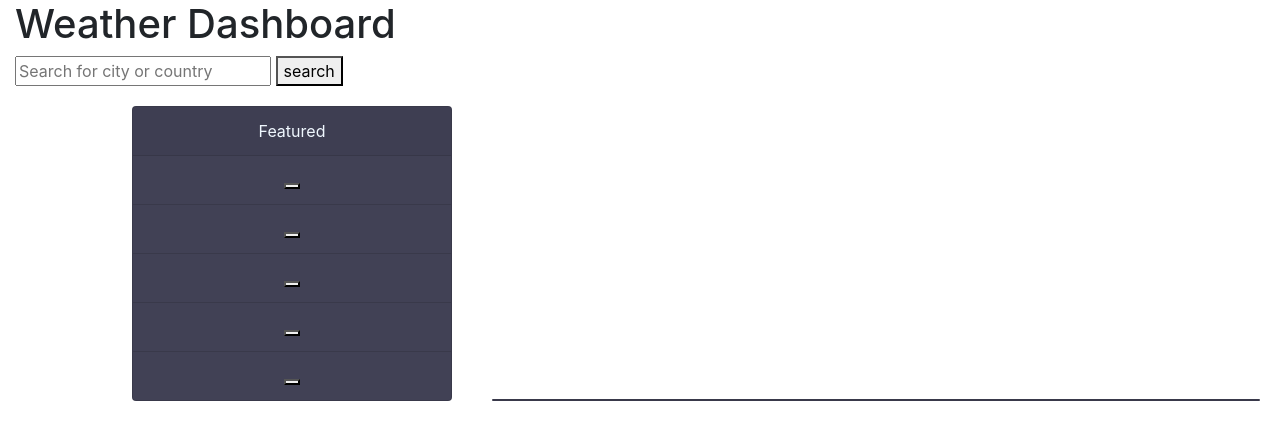
Repository: cobalt88/weather-forecast-app
Page: index.html
These files come from the project's save history. The page is drawn as it stood at one moment and after the next save; the edit follows.
The browser window is 1280 px wide. The pictures show the whole page.
The page's requests for data from a server got no answer. Some web libraries are served in a nearby version.

Above is the page before, as saved 2022-05-23 08:06:14.

### index.html
<!DOCTYPE html>
<html lang="en">
  <head>
    <meta charset="UTF-8" />
    <meta http-equiv="X-UA-Compatible" content="IE=edge" />
    <meta name="viewport" content="width=device-width, initial-scale=1.0" />
    <link
      rel="stylesheet"
      href="https://stackpath.bootstrapcdn.com/bootstrap/4.3.1/css/bootstrap.min.css"
    />
    <link
      rel="stylesheet"
      href="https://use.fontawesome.com/releases/v5.8.1/css/all.css"
      integrity="sha384-50oBUHEmvpQ+1lW4y57PTFmhCaXp0ML5d60M1M7uH2+nqUivzIebhndOJK28anvf"
      crossorigin="anonymous"
    />
    <link
      href="https://fonts.googleapis.com/css?family=Open+Sans&display=swap"
      rel="stylesheet"
    />

    <link href="./assets/style.css" rel="stylesheet" />
    <title>Weather</title>
  </head>

  <body>
    <header>
      <h1 class="center col-12">Weather Dashboard</h1>
    </header>
    <div class="col-xl-4 col-lg-4 col-md-4 col-sm-4 col-4">
      <input
        type="text"
        id="searchInput"
        placeholder="Search for city or country"
      />
      <button type="button" id="search-button">search</button>
    </div>
    <div class="cardContainer">
        <div  id="history" class="card history-card">
          <div class="card-header">
            Featured
          </div>
            <ul class="list-group list-group-flush">
              <li class="list-group-item"><button type="button" class="list-button" id="city-one"> </button></li>
              <li class="list-group-item"><button type="button" class="list-button" id="city-two"> </button></li>
              <li class="list-group-item"><button type="button" class="list-button" id="city-three"> </button></li>
              <li class="list-group-item"><button type="button" class="list-button" id="city-four"> </button></li>
              <li class="list-group-item"><button type="button" class="list-button" id="city-five"> </button></li>
          </ul>
        </div>
        <div class="card" id="today">
      </div>
    </div>
    <div id="5-day-container" class="cardContainer">
    </div>
    <script src="https://code.jquery.com/jquery-3.4.1.min.js"></script>
    <script src="https://cdnjs.cloudflare.com/ajax/libs/moment.js/2.20.1/moment.min.js"></script>
    <script src="./assets/logic_2.js"></script>
  </body>
</html>

### assets/style.css
.card {
  display: flex;
  background-color: rgb(65, 65, 85);
  color: aliceblue;
  margin: 20px;
}

.history-card {
  display: flex;
  justify-content: flex-start;
  width: 25%;
  text-align: center;
}

.list-group-item {
  background-color: rgb(65, 65, 85);
}

#today {
  display: flex;
  width: 60%;
  max-height: 500px;
  align-self: flex-end;
}

img {
  max-height: 100px;
  max-width: 100px;
}

.cardContainer {
  display: flex;
  flex-direction: row;
  justify-content: flex-end;
  flex-wrap: wrap;
}

.cityList {
  display: flex;
  flex-direction: row;
  width: 25%;
  max-width: 500px;
}

.uvMin{
  color: green;
}

.uvModerate {
  color: rgb(254, 254, 68);
}

.uvHigh {
  color: orange;
}

.uvSevere {
  color: red;
}

.uvExtreme {
  color: violet
}

### assets/logic_2.js

const apiKey = '486a30fe2a4040f404391459060015ad';
var displayArr = [];
var geoArr = [];
var oneCallDataArr = [];
var searchInput = localStorage.getItem('lastSearch');
var lat = '';
var lon = '';
var forecastContainer = document.getElementById('5-day-container');
var currentDay = document.getElementById('today');
const history = document.getElementById('history');
const historyArr = ['Orlando', 'New York', 'Denver', 'Dallas', 'Anchorage'];

function geoLocate() {
  var requestLocationUrl = `https://api.openweathermap.org/geo/1.0/direct?q=${searchInput}&limit=1&appid=${apiKey}`
  fetch(requestLocationUrl)
  .then(function(response){
    return response.json();
  })
  .then(function(currentLocation) {
    let tempArr = [];
    tempArr.push(currentLocation);
    geoArr = tempArr;
    let lat2 = geoArr[0][0].lat;
    lat = lat2;
    let lon2 = geoArr[0][0].lon;
    lon = lon2;
  })
.then(function(){
    oneCall();
  });
};

function oneCall() {
  let oneCallApi = `https://api.openweathermap.org/data/2.5/onecall?lat=${lat}&lon=${lon}&exclude=minutely&appid=${apiKey}`
  fetch(oneCallApi)
  .then(function(response){
    return response.json();
  })
  .then(function(allData) {
    let tempArr = [];
    tempArr.push(allData)
    oneCallDataArr = tempArr;
    forecastDisplayHandler();
  })
  .then(function(){
    // console.log(oneCallDataArr)
  })
};

  function kelvinToImperial (x) {
    Math.round((x - 273.15) * 1.8 + 32);
  }



const forecastDisplayHandler = async() => {
  forecastContainer.innerHTML = '';
  var now = moment().format('dddd MMMM do YYYY, h:mm a');
  var currentCity = geoArr[0][0].name;
  //note to self, add function to convert current time to unix time with moments and compare to values in this object to get current temp
  let tempKd = oneCallDataArr[0].daily[0].temp.day;
  let tempKmax = oneCallDataArr[0].daily[0].temp.max;
  let tempKmin = oneCallDataArr[0].daily[0].temp.min;
  let tempKe = oneCallDataArr[0].daily[0].temp.eve;

  let tempFd = Math.round((tempKd - 273.15) * 1.8 + 32);
  let tempFmin = Math.round((tempKmin - 273.15) * 1.8 + 32);
  let tempFmax = Math.round((tempKmax - 273.15) * 1.8 + 32);
  let tempFe = Math.round((tempKe - 273.15) * 1.8 + 32);

  let windSpeed = oneCallDataArr[0].daily[0].wind_speed;
  let windGust = oneCallDataArr[0].daily[0].wind_gust;
  let windDir = oneCallDataArr[0].daily[0].wind_deg;
  let humidity = oneCallDataArr[0].daily[0].humidity;
  let uvIndex = oneCallDataArr[0].daily[0].uvi;
  let icon = oneCallDataArr[0].daily[0].weather[0].icon;
  let uvStyle = (uvIndex < 2) ? 'uvMin' : (uvIndex < 5) ? 'uvModerate' : (uvIndex < 7) ? 'uvHigh' : (uvIndex < 10) ? 'uvSevere' : 'uvExtreme';


  let iconSrc = `https://openweathermap.org/img/wn/${icon}@2x.png`

   currentDay.innerHTML =
  `

    <h2 id="city">${currentCity}</h2>
    <h4 id="date">${now}</h4>
    <img src="${iconSrc}" alt="Weather Icon">
    <p id="weather-${i}></p>
    <p id="temp-${i}">Day Temp: ${tempFd}</p>
    <p id="temp-${i}">Evening Temp: ${tempFe}</p>
    <p id="temp-${i}">Max Temp: ${tempFmax}</p>
    <p id="temp-${i}">Min Temp: ${tempFmin}</p>
    <p id="wind-${i}">Average Wind Speed: ${windSpeed}</p>
    <p id="wind-${i}">Wind Gust: ${windGust}</p>
    <p id="humidity-${i}">Relative Humidity: ${humidity}%</p>
    <p id="uv-index${i}" class="${uvStyle}">UV Index: ${uvIndex}</p>
    `;



for (var i = 1; i < 6; i++) {

  let unixTime = oneCallDataArr[0].daily[i].dt;
  let dateString = moment.unix(unixTime).format("MM/DD/YYYY");

  let tempKd = oneCallDataArr[0].daily[i].temp.day;
  let tempKe = oneCallDataArr[0].daily[i].temp.eve;
  let tempKmax = oneCallDataArr[0].daily[i].temp.max;
  let tempKmin = oneCallDataArr[0].daily[i].temp.min;

  let tempFd = Math.round((tempKd - 273.15) * 1.8 + 32);
  // let tempFd = kelvinToImperial(tempKd);
  let tempFe = Math.round((tempKe - 273.15) * 1.8 + 32);
  let tempFmin = Math.round((tempKmin - 273.15) * 1.8 + 32);
  let tempFmax = Math.round((tempKmax - 273.15) * 1.8 + 32);

  let humidity = oneCallDataArr[0].daily[i].humidity;
  let uvIndex = oneCallDataArr[0].daily[i].uvi;
  let icon = oneCallDataArr[0].daily[i].weather[0].icon;
  let uvStyle = (uvIndex < 2) ? 'uvMin' : (uvIndex < 5) ? 'uvModerate' : (uvIndex < 7) ? 'uvHigh' : (uvIndex < 10) ? 'uvSevere' : 'uvExtreme';


  let iconSrc = `https://openweathermap.org/img/wn/${icon}@2x.png`

  forecastContainer.innerHTML +=
      `
      <div id="day ${i}" class="card col-3">
        <h2 id="date" class="card-title">${dateString}</h2>
          <img src="${iconSrc}" class="card-img-top" alt="Weather Icon"/>
            <p id="weather-${i}></p>
            <p id="temp-${i}">Max Temp: ${tempFmin}</p>
            <p id="temp-${i}">Min Temp: ${tempFmax}</p>
            <p id="humidity-${i}">Relative Humidity: ${humidity}%</p>
            <p id="uv-index${i}" class="${uvStyle}">UV Index: ${uvIndex}</p>
      </div>
    `
};
}



const storage = () => {
  storedStuff = localStorage.getItem(city);
  history.push(storedStuff);
}

function displayHistory() {
for(var i = 0; i < searchHistoryArr.length; i++) {

  if (i < 5) {
    var text = searchHistoryArr[i];

    historyContainer.innerHTML +=
      `<li>${text}</li>`
    }
  }
}

$("#search-button").on("click", function () {
  searchInput = $(this).siblings("#searchInput").val();
  localStorage.setItem('city', searchInput);
  geoLocate();
  storage();
});

$(".list-button").on("click", function(){
  let test = $(this)
  console.log(test);
});



$(document).ready(function(){

  $('#city-one').text = `${historyArr[0]}`;
  $('#city-two').text = `${historyArr[1]}`;
  $('#city-three').text = `${historyArr[2]}`;
  $('#city-four').text = `${historyArr[3]}`;
  $('#city-five').text = `${historyArr[4]}`;
  searchInput = 'Orlando';
  geoLocate();

console.log(historyArr[0])
  // loadStorage()
  // displayHistory()
} );

After the next save:
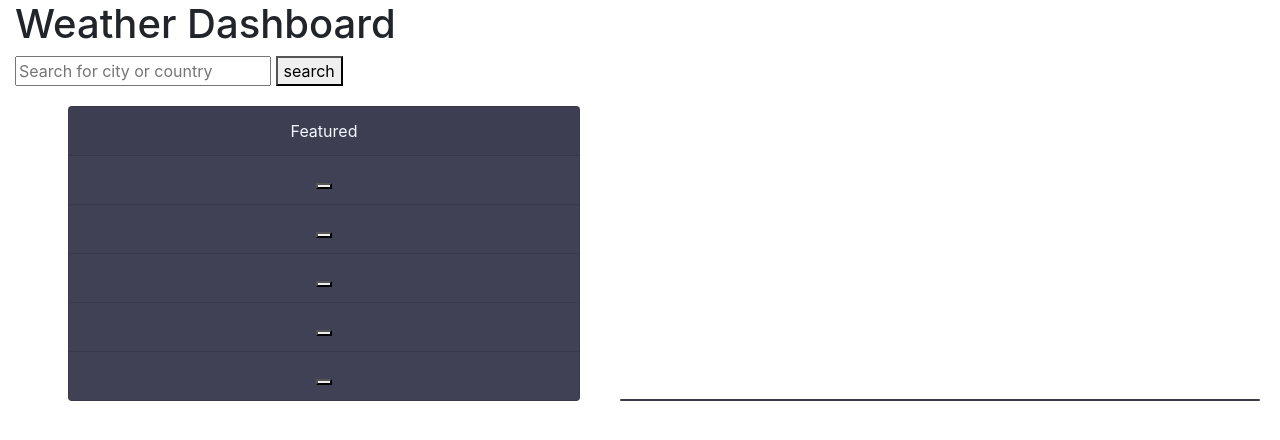
Saved 49 s later.
--- a/assets/style.css
+++ b/assets/style.css
@@ -8,7 +8,7 @@
 .history-card {
   display: flex;
   justify-content: flex-start;
-  width: 25%;
+  width: 40%;
   text-align: center;
 }
 
@@ -18,7 +18,7 @@
 
 #today {
   display: flex;
-  width: 60%;
+  width: 50%;
   max-height: 500px;
   align-self: flex-end;
 }
